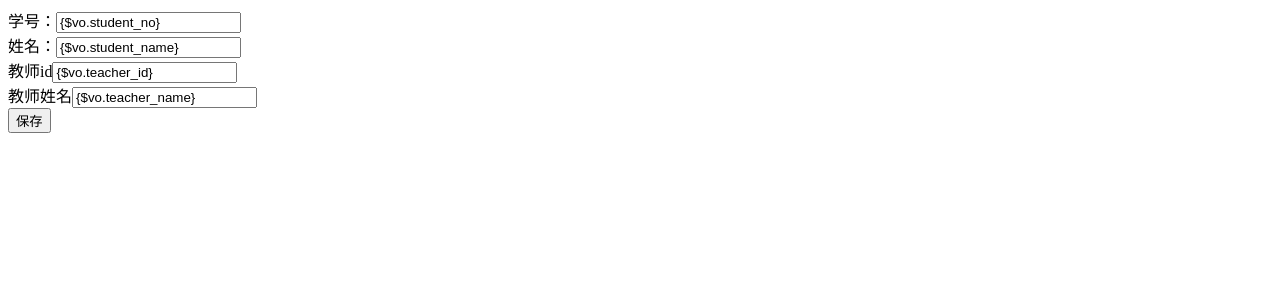
Repository: yonghuisu/THUVote
Page: LocalProject/Application/Home/View/Vote/edit.html
These files come from the project's save history. The page is drawn as it stood at one moment and after the next save; the edit follows.
The browser window is 1280 px wide. The pictures show the whole page.

Above is the page before, as saved 2014-04-14 11:22:22.

After the next save:
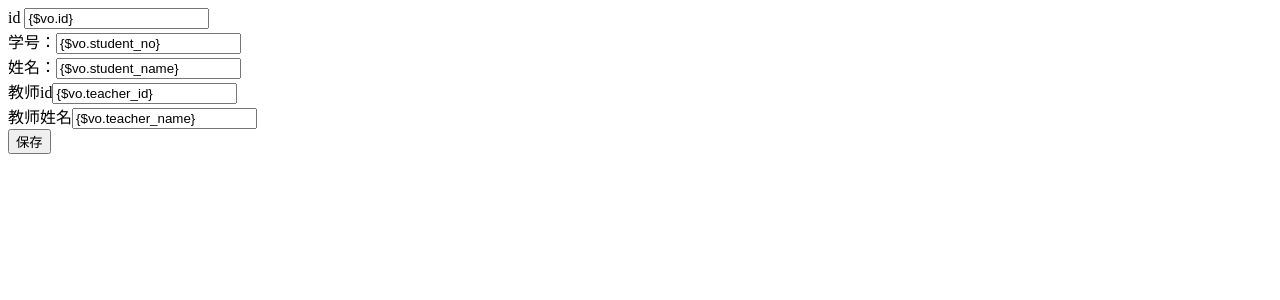
Saved 3 min 30 s later.
--- a/LocalProject/Application/Home/View/Vote/edit.html
+++ b/LocalProject/Application/Home/View/Vote/edit.html
@@ -1,5 +1,6 @@
 <FORM method="post" action="__URL__/update">
 <volist name="data" id = "vo">
+id  <INPUT type="text" name="student_no" value = "{$vo.id}"><br/>
 学号：<INPUT type="text" name="student_no" value = "{$vo.student_no}"><br/>
 姓名：<INPUT type="text" name="student_name" value="{$vo.student_name}"><br/>
 教师id<INPUT type="text" name = "teacher_id" value="{$vo.teacher_id}"><br/>
